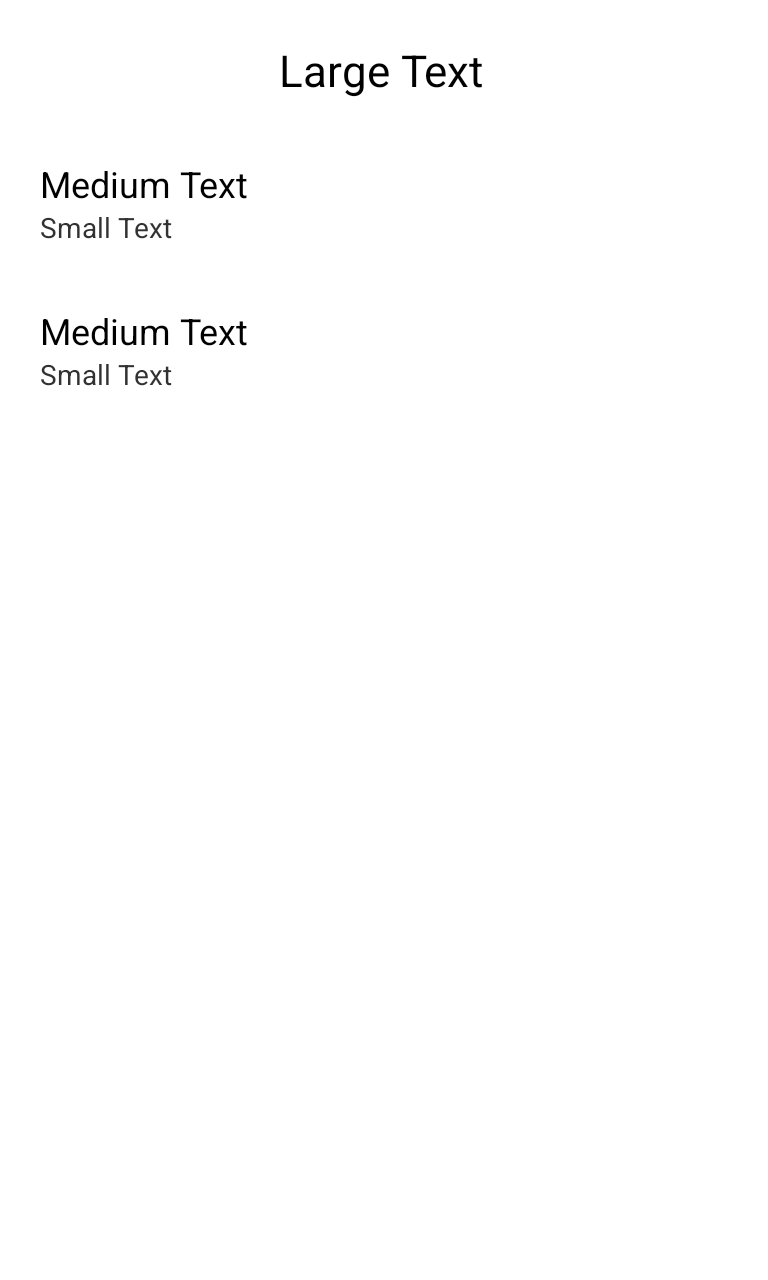
Repository: SimonIsMe/workspace_android
Layout: Lista5/res/layout/activity_people_list.xml
The author's editor kept a copy of each file at every save. The layout is drawn from the files as they stood at one save, then again after the next save.
It is drawn on a 768 x 1280 px phone screen (xhdpi) without system bars, with theme AppTheme; the app's code is not run.

Above is the layout before, as saved 2012-12-11 13:07:42.

### Lista5/res/layout/activity_people_list.xml
<RelativeLayout xmlns:android="http://schemas.android.com/apk/res/android"
    xmlns:tools="http://schemas.android.com/tools"
    android:layout_width="fill_parent"
    android:layout_height="fill_parent"
    tools:context=".PeopleList" >

    <TableLayout
        android:layout_width="fill_parent"
        android:layout_height="wrap_content"
        android:layout_alignParentLeft="true"
        android:layout_alignParentTop="true"
        android:layout_marginBottom="20dp"
        android:layout_marginLeft="20dp"
        android:layout_marginRight="20dp"
        android:layout_marginTop="20dp" >

        <TableRow
            android:id="@+id/tableRow1"
            android:layout_width="fill_parent"
            android:layout_height="wrap_content"
            android:layout_gravity="center"
            android:layout_marginBottom="30dp"
            android:gravity="center" >

            <TextView
                android:id="@+id/textView1"
                android:layout_width="fill_parent"
                android:layout_height="wrap_content"
                android:text="Large Text"
                android:textAppearance="?android:attr/textAppearanceLarge" />

        </TableRow>


                <TableRow
            android:id="@+id/tableRow2"
            android:layout_width="wrap_content"
            android:layout_height="wrap_content" >

            <TextView
                android:id="@+id/nameFull0"
                android:layout_width="wrap_content"
                android:layout_height="wrap_content"
                android:text="Medium Text"
                android:textAppearance="?android:attr/textAppearanceMedium" />

        </TableRow>

        <TableRow
            android:id="@+id/tableRow3"
            android:layout_width="wrap_content"
            android:layout_height="wrap_content"
            android:layout_marginBottom="30dp" >

            <TextView
                android:id="@+id/date0"
                android:layout_width="wrap_content"
                android:layout_height="wrap_content"
                android:text="Small Text"
                android:textAppearance="?android:attr/textAppearanceSmall" />

        </TableRow>


                <TableRow
            android:id="@+id/tableRow2"
            android:layout_width="wrap_content"
            android:layout_height="wrap_content" >

            <TextView
                android:id="@+id/nameFull1"
                android:layout_width="wrap_content"
                android:layout_height="wrap_content"
                android:text="Medium Text"
                android:textAppearance="?android:attr/textAppearanceMedium" />

        </TableRow>

        <TableRow
            android:id="@+id/tableRow3"
            android:layout_width="wrap_content"
            android:layout_height="wrap_content"
            android:layout_marginBottom="30dp" >

            <TextView
                android:id="@+id/date1"
                android:layout_width="wrap_content"
                android:layout_height="wrap_content"
                android:text="Small Text"
                android:textAppearance="?android:attr/textAppearanceSmall" />

        </TableRow>
    </TableLayout>

</RelativeLayout>

Loaded but not shown: Lista5/res/values/styles.xml (common file)

After the next save:
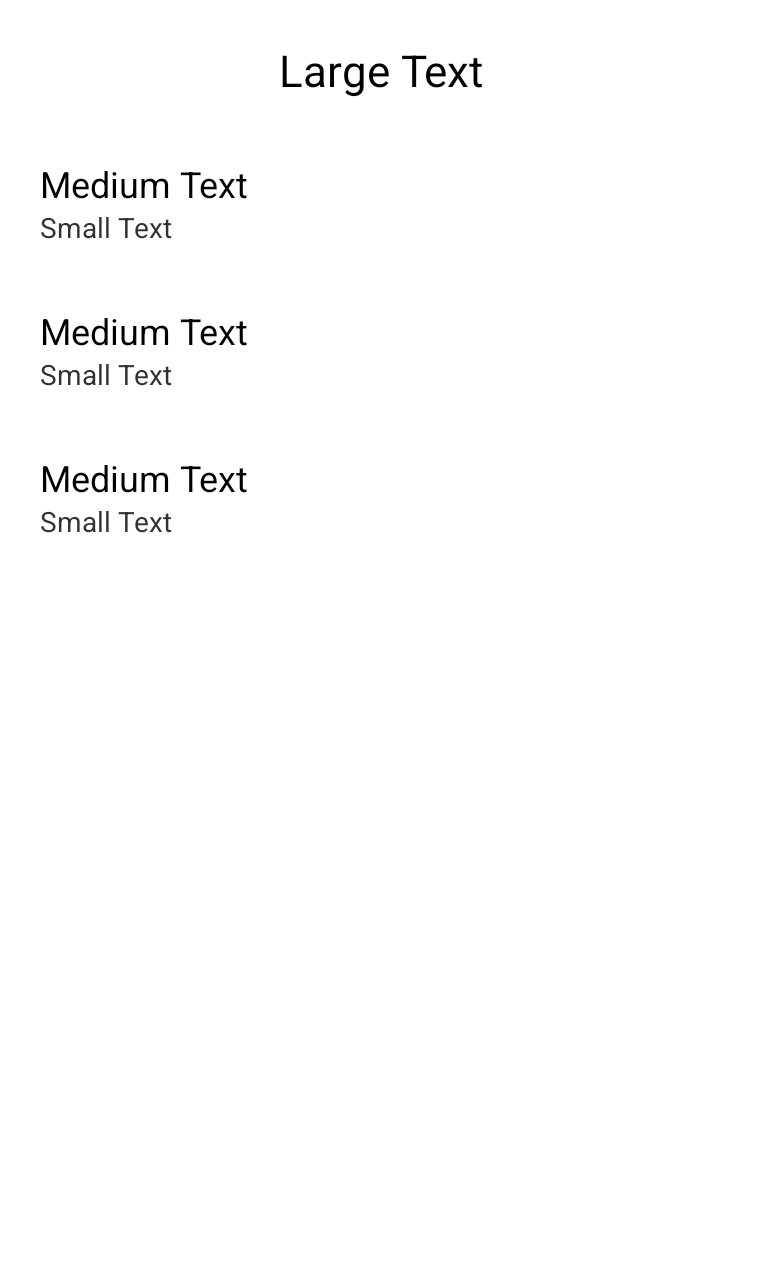
Saved 8 s later.
--- a/Lista5/res/layout/activity_people_list.xml
+++ b/Lista5/res/layout/activity_people_list.xml
@@ -90,6 +90,35 @@
                 android:textAppearance="?android:attr/textAppearanceSmall" />
 
         </TableRow>
+
+                <TableRow
+            android:id="@+id/tableRow2"
+            android:layout_width="wrap_content"
+            android:layout_height="wrap_content" >
+
+            <TextView
+                android:id="@+id/nameFull2"
+                android:layout_width="wrap_content"
+                android:layout_height="wrap_content"
+                android:text="Medium Text"
+                android:textAppearance="?android:attr/textAppearanceMedium" />
+
+        </TableRow>
+
+        <TableRow
+            android:id="@+id/tableRow3"
+            android:layout_width="wrap_content"
+            android:layout_height="wrap_content"
+            android:layout_marginBottom="30dp" >
+
+            <TextView
+                android:id="@+id/date2"
+                android:layout_width="wrap_content"
+                android:layout_height="wrap_content"
+                android:text="Small Text"
+                android:textAppearance="?android:attr/textAppearanceSmall" />
+
+        </TableRow>
     </TableLayout>
 
 </RelativeLayout>
